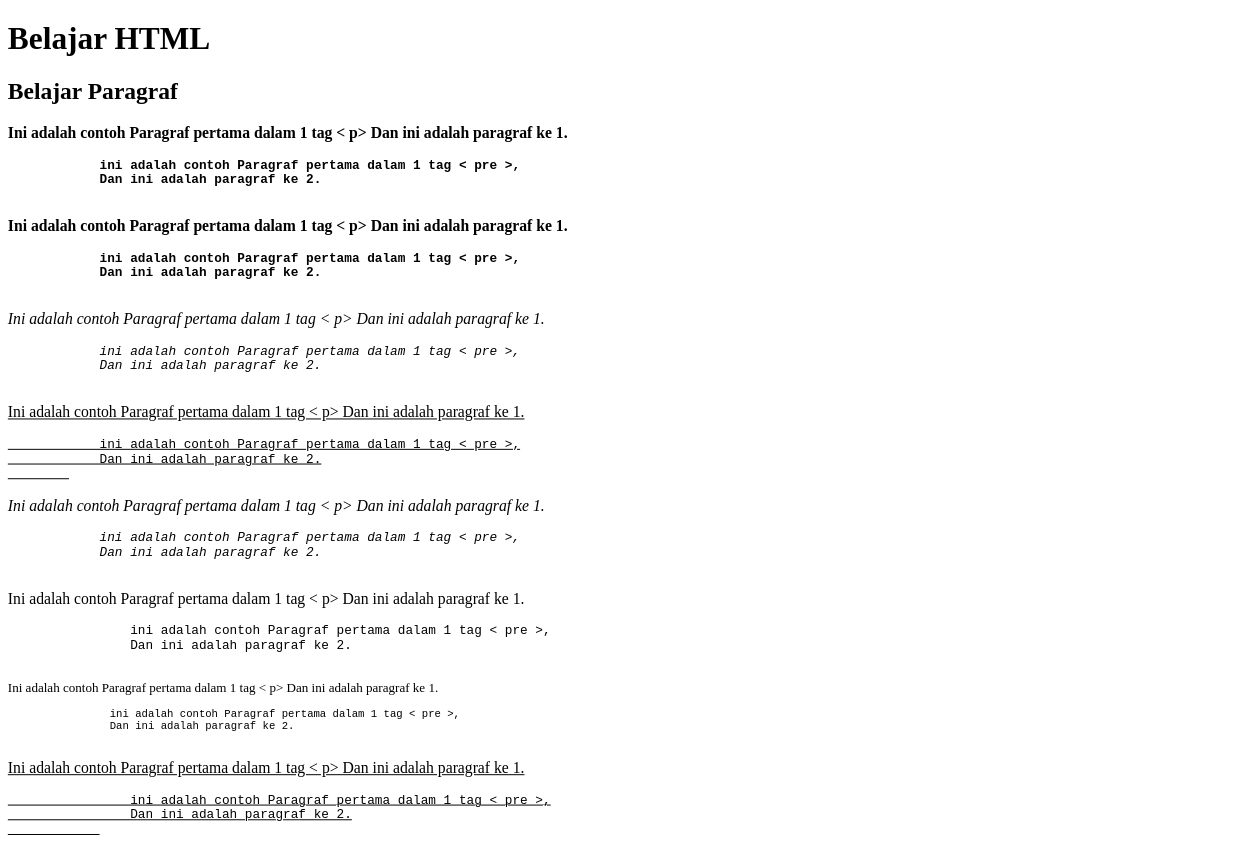
Repository: Gibekkk/WebPro
Page: Tugas HTML 1/index.html
The author's editor kept a copy of each file at every save. The page is drawn from the files as they stood at one save, then again after a run of saves.
The browser window is 1280 px wide. The pictures show the whole page, at 98% of full size.

Above is the page before, as saved 2024-03-25 09:50:05.

### Tugas HTML 1/index.html
<!DOCTYPE html>
<html lang="en">

<head>
    <meta charset="UTF-8">
    <meta name="viewport" content="width=device-width, initial-scale=1.0">
    <title>Document</title>
</head>

<body>
    <b>
        <h1>Belajar HTML</h1>
        <h2>Belajar Paragraf</h2>
        <p>Ini adalah contoh Paragraf pertama dalam 1 tag
            < p> Dan ini adalah paragraf ke 1.</p>
        <pre>
            ini adalah contoh Paragraf pertama dalam 1 tag < pre >,
            Dan ini adalah paragraf ke 2.
        </pre>
    </b>
    <strong>
    <p>Ini adalah contoh Paragraf pertama dalam 1 tag
        < p> Dan ini adalah paragraf ke 1.</p>
    <pre>
            ini adalah contoh Paragraf pertama dalam 1 tag < pre >,
            Dan ini adalah paragraf ke 2.
        </pre>
    </strong>
    <i>
    <p>Ini adalah contoh Paragraf pertama dalam 1 tag
        < p> Dan ini adalah paragraf ke 1.</p>
    <pre>
            ini adalah contoh Paragraf pertama dalam 1 tag < pre >,
            Dan ini adalah paragraf ke 2.
        </pre>
    </i>
    <ins>
    <p>Ini adalah contoh Paragraf pertama dalam 1 tag
        < p> Dan ini adalah paragraf ke 1.</p>
    <pre>
            ini adalah contoh Paragraf pertama dalam 1 tag < pre >,
            Dan ini adalah paragraf ke 2.
        </pre>
    </ins>
    <em>
    <p>Ini adalah contoh Paragraf pertama dalam 1 tag
        < p> Dan ini adalah paragraf ke 1.</p>
    <pre>
            ini adalah contoh Paragraf pertama dalam 1 tag < pre >,
            Dan ini adalah paragraf ke 2.
        </pre>
    </em>
    <mark>
        <p>Ini adalah contoh Paragraf pertama dalam 1 tag
            < p> Dan ini adalah paragraf ke 1.</p>
        <pre>
                ini adalah contoh Paragraf pertama dalam 1 tag < pre >,
                Dan ini adalah paragraf ke 2.
            </pre>
    </mark>
    <small>
        <p>Ini adalah contoh Paragraf pertama dalam 1 tag
            < p> Dan ini adalah paragraf ke 1.</p>
        <pre>
                ini adalah contoh Paragraf pertama dalam 1 tag < pre >,
                Dan ini adalah paragraf ke 2.
            </pre>
    </small>
    <ins>
        <p>Ini adalah contoh Paragraf pertama dalam 1 tag
            < p> Dan ini adalah paragraf ke 1.</p>
        <pre>
                ini adalah contoh Paragraf pertama dalam 1 tag < pre >,
                Dan ini adalah paragraf ke 2.
            </pre>
        </ins>
</body>

</html>

After the next 2 saves:
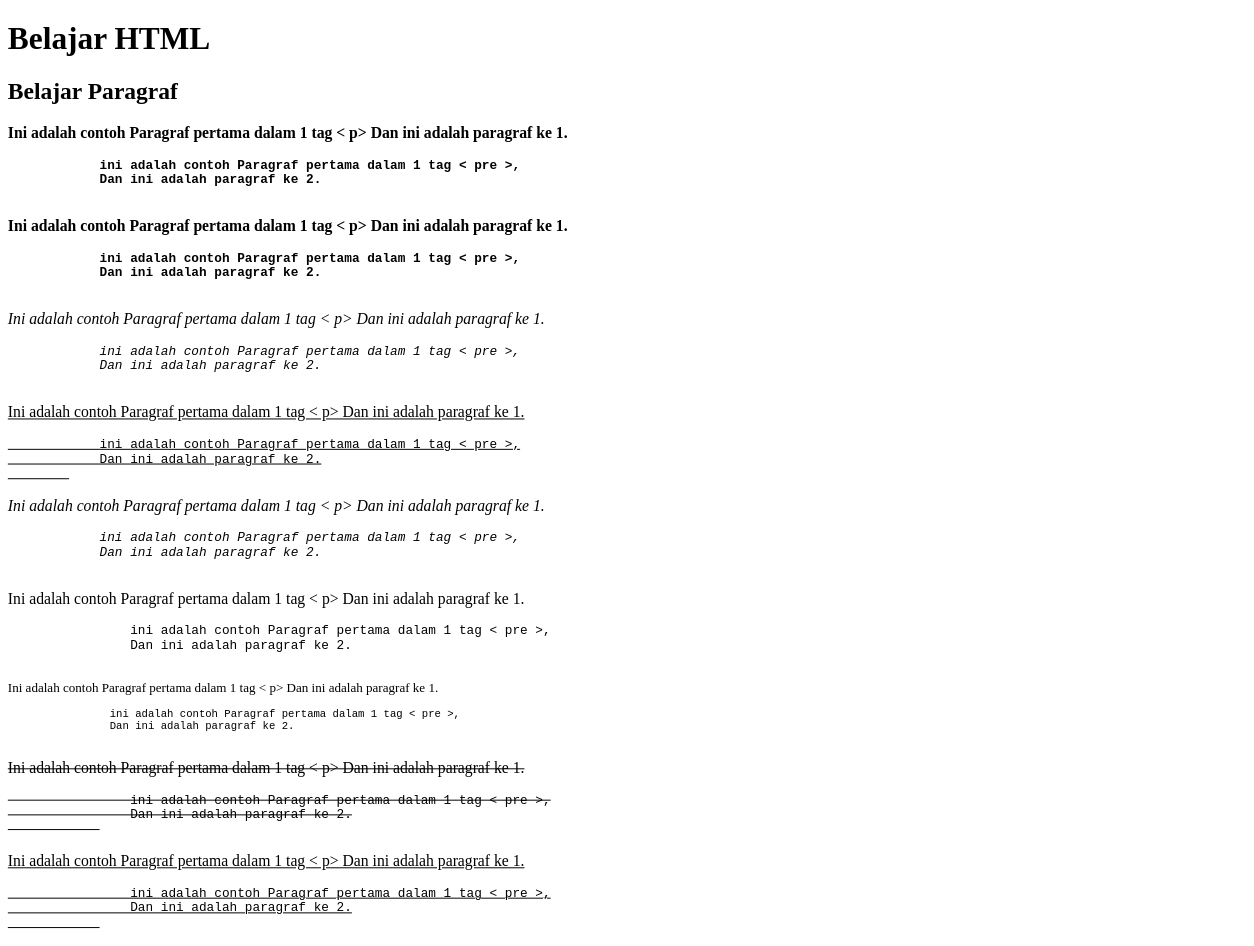
The 2 saves are shown as one change because they came seconds apart.
The last was saved 7 s later.
--- a/Tugas HTML 1/index.html
+++ b/Tugas HTML 1/index.html
@@ -66,6 +66,14 @@
                 Dan ini adalah paragraf ke 2.
             </pre>
     </small>
+    <del>
+        <p>Ini adalah contoh Paragraf pertama dalam 1 tag
+            < p> Dan ini adalah paragraf ke 1.</p>
+        <pre>
+                ini adalah contoh Paragraf pertama dalam 1 tag < pre >,
+                Dan ini adalah paragraf ke 2.
+            </pre>
+    </del>
     <ins>
         <p>Ini adalah contoh Paragraf pertama dalam 1 tag
             < p> Dan ini adalah paragraf ke 1.</p>
